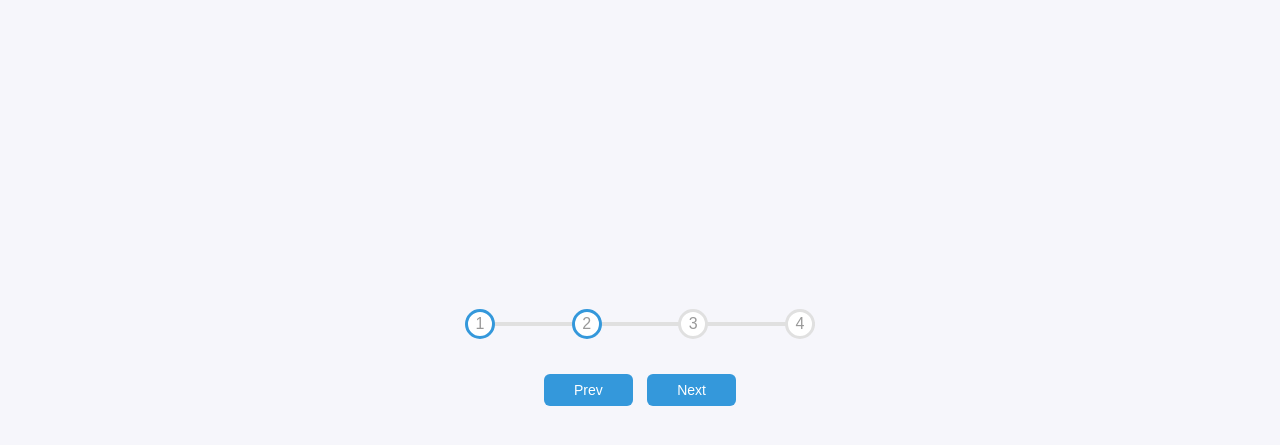
Repository: thecoachanna/progress-step-bar
Page: index.html
The author's editor kept a copy of each file at every save. The page is drawn from the files as they stood at one save, then again after a run of saves.
The browser window is 1280 px wide. The pictures show the whole page.
After loading, the first visible `#next` was clicked once.
Some web fonts or font styles are not loaded; a fallback is used.

Above is the page before, as saved 2023-02-15 16:32:33.

After the next 3 saves:
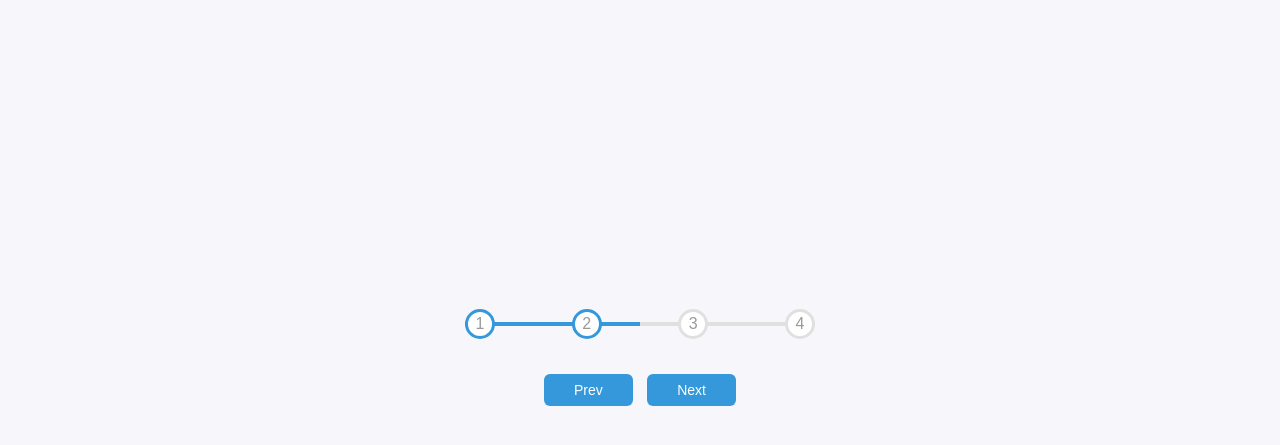
The 3 saves are shown as one change because they came seconds apart.
The last was saved 18 s later.
--- a/script.js
+++ b/script.js
@@ -32,5 +32,5 @@ function update() {
         }
     })
     const actives = document.querySelectorAll('.active')
-    progress.style.width = (actives.length / circles.length) * 100
+    progress.style.width = (actives.length / circles.length) * 100 + '%'
 }
